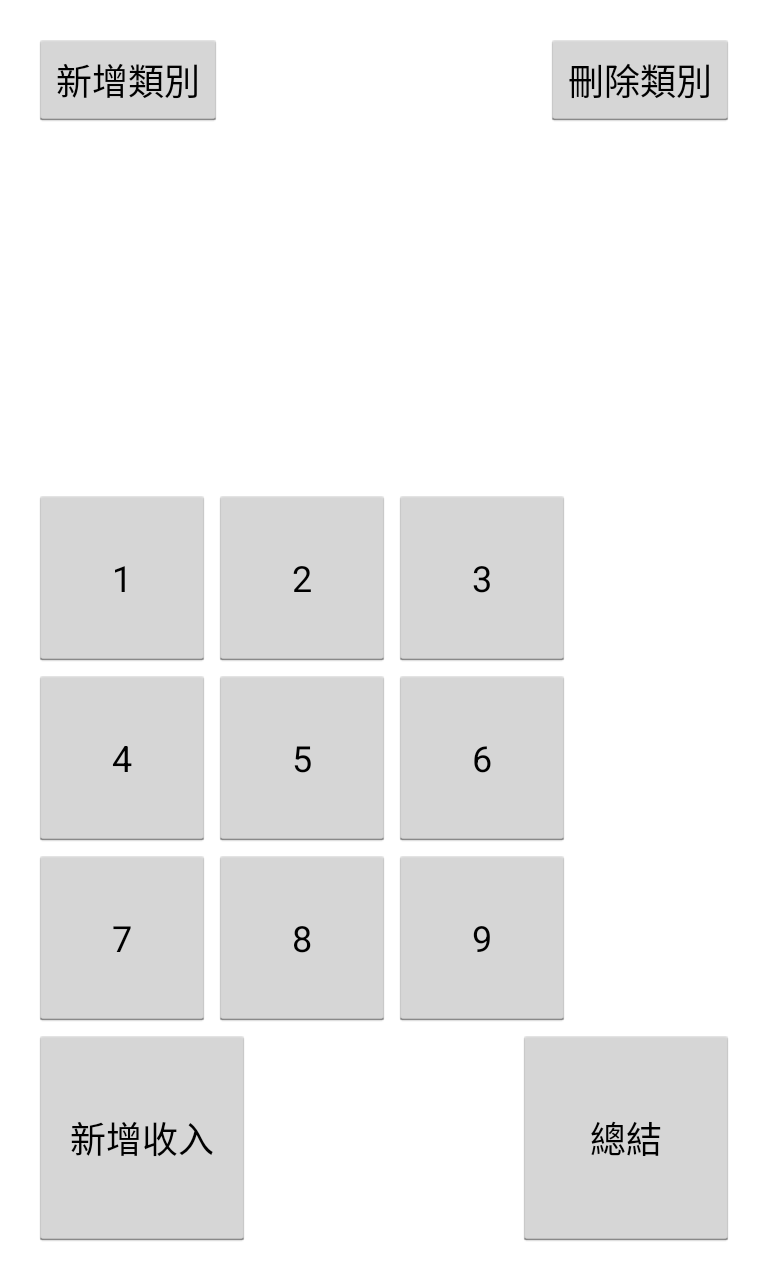
Repository: rayyrayy/Android-app-project
Layout: flashaccounting/easy money manager/res/layout/activity_main.xml
These files come from the project's save history. The layout is drawn as it stood at one moment and after the next save; the edit follows.
It is drawn on a 768 x 1280 px phone screen (xhdpi) without system bars, with theme AppTheme; the app's code is not run.

Above is the layout before, as saved 2014-10-21 05:17:59.

### flashaccounting/easy money manager/res/layout/activity_main.xml
<RelativeLayout xmlns:android="http://schemas.android.com/apk/res/android"
    xmlns:tools="http://schemas.android.com/tools"
    android:layout_width="match_parent"
    android:layout_height="match_parent"
    android:paddingBottom="@dimen/activity_vertical_margin"
    android:paddingLeft="@dimen/activity_horizontal_margin"
    android:paddingRight="@dimen/activity_horizontal_margin"
    android:paddingTop="@dimen/activity_vertical_margin"
    tools:context="com.example.easymoneymanager.MainActivity" >

    <Button
        android:id="@+id/AddClass"
        android:layout_width="wrap_content"
        android:layout_height="wrap_content"
        android:layout_alignParentLeft="true"
        android:layout_alignParentTop="true"
        android:text="新增類別" />

    <Button
        android:id="@+id/DelClass"
        android:layout_width="wrap_content"
        android:layout_height="wrap_content"
        android:layout_alignParentRight="true"
        android:layout_alignParentTop="true"
        android:text="刪除類別" />

    <Button
        android:id="@+id/button3"
        android:layout_width="110dp"
        android:layout_height="110dp"
        android:layout_alignParentBottom="true"
        android:layout_alignParentLeft="true"
        android:text="新增收入" />

    <Button
        android:id="@+id/button4"
        android:layout_width="110dp"
        android:layout_height="110dp"
        android:layout_alignParentBottom="true"
        android:layout_alignParentRight="true"
        android:text="總結" />

   <GridLayout
       android:layout_width="wrap_content"
       android:layout_height="wrap_content"
       android:layout_above="@+id/button3"
       android:layout_alignParentLeft="true"
       android:layout_alignParentRight="true"
       android:layout_below="@+id/button1"
       android:columnCount="3"
       android:orientation="horizontal"
       android:rowCount="3" >

　　<Button
        android:id="@+id/one"
        android:text="1"
        android:width="90dp"
        android:height="90dp"/>

　　<Button
        android:id="@+id/two"
        android:text="2"
        android:width="90dp"
        android:height="90dp"/>
　　　<Button
        android:id="@+id/three"
        android:text="3"
        android:width="90dp"
        android:height="90dp"/>
　　<Button
        android:id="@+id/devide"
        android:text="4"
        android:width="90dp"
        android:height="90dp"/>
　　<Button
        android:id="@+id/four"
        android:text="5"
        android:width="90dp"
        android:height="90dp"/>
　　<Button
        android:id="@+id/five"
        android:text="6"
        android:width="90dp"
        android:height="90dp"/>
　　<Button
        android:id="@+id/six"
        android:text="7"
        android:width="90dp"
        android:height="90dp"/>
　　<Button
        android:id="@+id/multiply"
        android:text="8"
        android:width="90dp"
        android:height="90dp"/>
　　<Button
        android:id="@+id/seven"
        android:text="9"
        android:width="90dp"
        android:height="90dp"/>

    </GridLayout>

</RelativeLayout>

Loaded but not shown: flashaccounting/easy money manager/res/values/styles.xml (common file); flashaccounting/easy money manager/res/values-v11/styles.xml (common file); flashaccounting/easy money manager/res/values-v14/styles.xml (common file); flashaccounting/easy money manager/res/values/dimens.xml (common file); flashaccounting/easy money manager/res/values-w820dp/dimens.xml (common file)

After the next save:
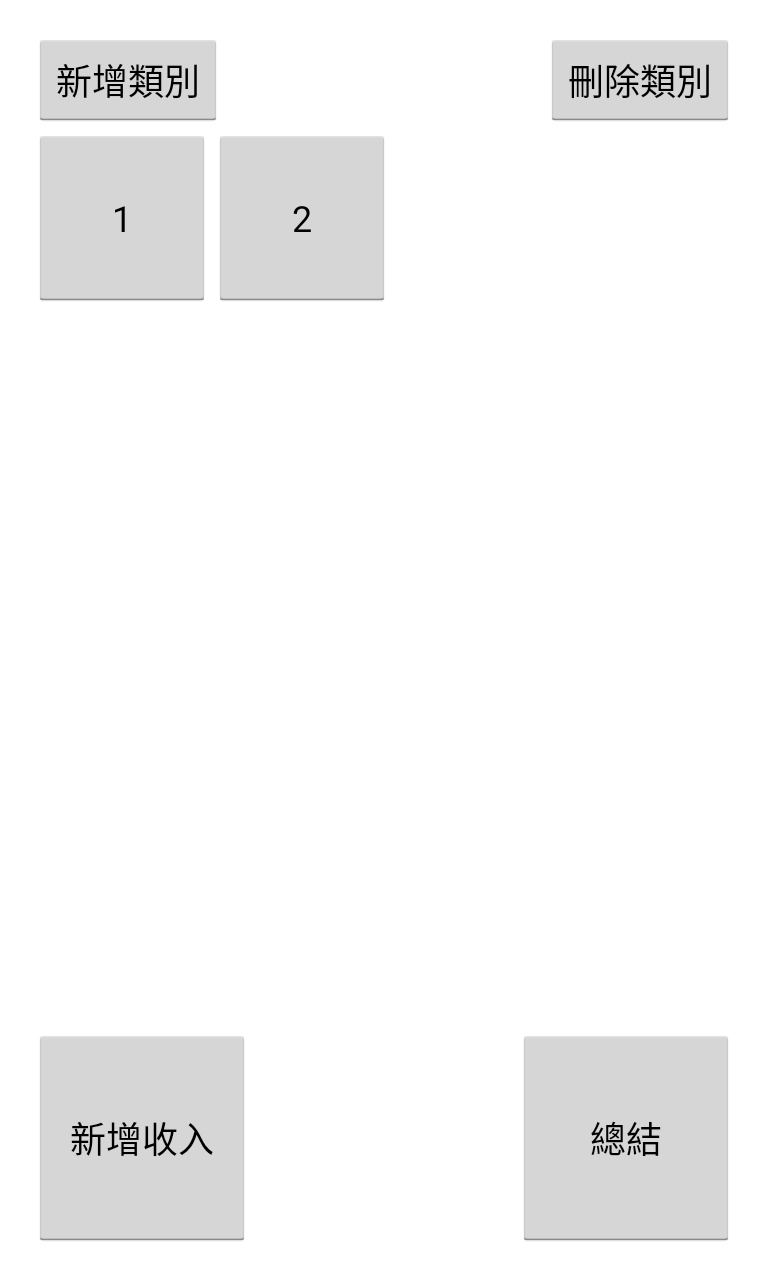
Saved 73 min 25 s later.
--- a/flashaccounting/easy money manager/res/layout/activity_main.xml
+++ b/flashaccounting/easy money manager/res/layout/activity_main.xml
@@ -46,57 +46,29 @@
        android:layout_above="@+id/button3"
        android:layout_alignParentLeft="true"
        android:layout_alignParentRight="true"
-       android:layout_below="@+id/button1"
+       android:layout_below="@+id/AddClass"
        android:columnCount="3"
        android:orientation="horizontal"
        android:rowCount="3" >
 
-　　<Button
-        android:id="@+id/one"
-        android:text="1"
-        android:width="90dp"
-        android:height="90dp"/>
+        <Button
+            android:id="@+id/one"
+            android:height="90dp"
+            android:text="1"
+            android:width="90dp" />
 
 　　<Button
         android:id="@+id/two"
         android:text="2"
         android:width="90dp"
         android:height="90dp"/>
-　　　<Button
-        android:id="@+id/three"
-        android:text="3"
-        android:width="90dp"
-        android:height="90dp"/>
-　　<Button
-        android:id="@+id/devide"
-        android:text="4"
-        android:width="90dp"
-        android:height="90dp"/>
-　　<Button
-        android:id="@+id/four"
-        android:text="5"
-        android:width="90dp"
-        android:height="90dp"/>
-　　<Button
-        android:id="@+id/five"
-        android:text="6"
-        android:width="90dp"
-        android:height="90dp"/>
-　　<Button
-        android:id="@+id/six"
-        android:text="7"
-        android:width="90dp"
-        android:height="90dp"/>
-　　<Button
-        android:id="@+id/multiply"
-        android:text="8"
-        android:width="90dp"
-        android:height="90dp"/>
-　　<Button
-        android:id="@+id/seven"
-        android:text="9"
-        android:width="90dp"
-        android:height="90dp"/>
+
+
+
+
+
+
+
 
     </GridLayout>
 
